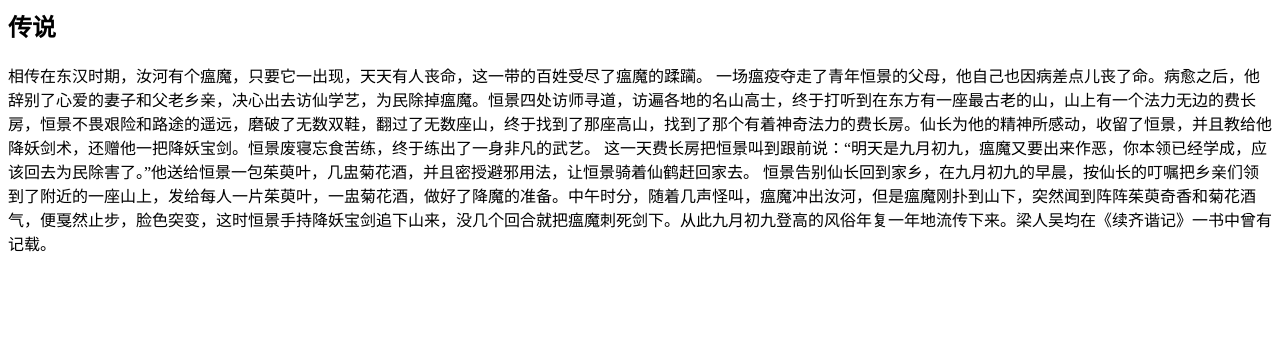
Repository: XueJie1/computer-operation-basics
Page: pages/doubleninthfes/legend.html
These files come from the project's save history. The page is drawn as it stood at one moment and after a run of saves; the edit follows.
The browser window is 1280 px wide. The pictures show the whole page.

Above is the page before, as saved 2023-09-05 17:51:52.

After the next 2 saves:
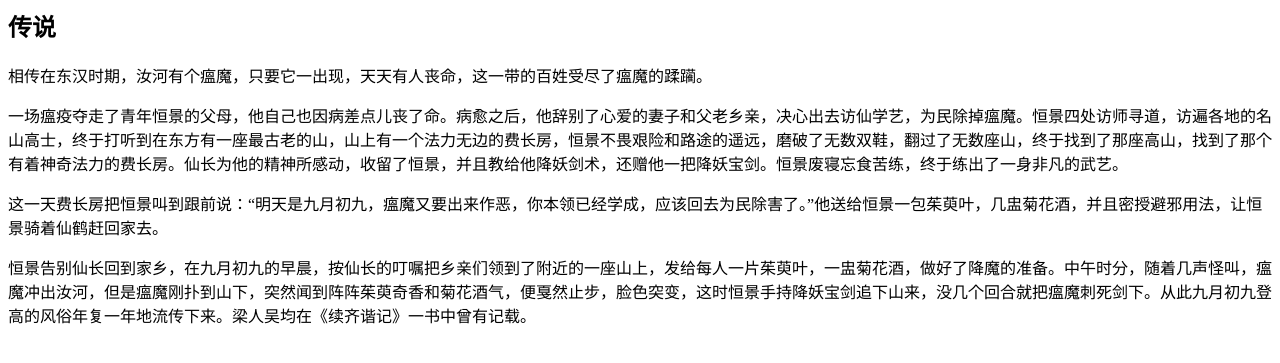
The 2 saves are shown as one change because they came seconds apart.
The last was saved 63 s later.
--- a/pages/doubleninthfes/legend.html
+++ b/pages/doubleninthfes/legend.html
@@ -1,9 +1,8 @@
 <h2>传说</h2>
 <p>相传在东汉时期，汝河有个瘟魔，只要它一出现，天天有人丧命，这一带的百姓受尽了瘟魔的蹂躏。
-
-    一场瘟疫夺走了青年恒景的父母，他自己也因病差点儿丧了命。病愈之后，他辞别了心爱的妻子和父老乡亲，决心出去访仙学艺，为民除掉瘟魔。恒景四处访师寻道，访遍各地的名山高士，终于打听到在东方有一座最古老的山，山上有一个法力无边的费长房，恒景不畏艰险和路途的遥远，磨破了无数双鞋，翻过了无数座山，终于找到了那座高山，找到了那个有着神奇法力的费长房。仙长为他的精神所感动，收留了恒景，并且教给他降妖剑术，还赠他一把降妖宝剑。恒景废寝忘食苦练，终于练出了一身非凡的武艺。
-
-    这一天费长房把恒景叫到跟前说：“明天是九月初九，瘟魔又要出来作恶，你本领已经学成，应该回去为民除害了。”他送给恒景一包茱萸叶，几盅菊花酒，并且密授避邪用法，让恒景骑着仙鹤赶回家去。
-
-    恒景告别仙长回到家乡，在九月初九的早晨，按仙长的叮嘱把乡亲们领到了附近的一座山上，发给每人一片茱萸叶，一盅菊花酒，做好了降魔的准备。中午时分，随着几声怪叫，瘟魔冲出汝河，但是瘟魔刚扑到山下，突然闻到阵阵茱萸奇香和菊花酒气，便戛然止步，脸色突变，这时恒景手持降妖宝剑追下山来，没几个回合就把瘟魔刺死剑下。从此九月初九登高的风俗年复一年地流传下来。梁人吴均在《续齐谐记》一书中曾有记载。
+<p>一场瘟疫夺走了青年恒景的父母，他自己也因病差点儿丧了命。病愈之后，他辞别了心爱的妻子和父老乡亲，决心出去访仙学艺，为民除掉瘟魔。恒景四处访师寻道，访遍各地的名山高士，终于打听到在东方有一座最古老的山，山上有一个法力无边的费长房，恒景不畏艰险和路途的遥远，磨破了无数双鞋，翻过了无数座山，终于找到了那座高山，找到了那个有着神奇法力的费长房。仙长为他的精神所感动，收留了恒景，并且教给他降妖剑术，还赠他一把降妖宝剑。恒景废寝忘食苦练，终于练出了一身非凡的武艺。
 </p>
+<p>这一天费长房把恒景叫到跟前说：“明天是九月初九，瘟魔又要出来作恶，你本领已经学成，应该回去为民除害了。”他送给恒景一包茱萸叶，几盅菊花酒，并且密授避邪用法，让恒景骑着仙鹤赶回家去。
+</p>
+<p> 恒景告别仙长回到家乡，在九月初九的早晨，按仙长的叮嘱把乡亲们领到了附近的一座山上，发给每人一片茱萸叶，一盅菊花酒，做好了降魔的准备。中午时分，随着几声怪叫，瘟魔冲出汝河，但是瘟魔刚扑到山下，突然闻到阵阵茱萸奇香和菊花酒气，便戛然止步，脸色突变，这时恒景手持降妖宝剑追下山来，没几个回合就把瘟魔刺死剑下。从此九月初九登高的风俗年复一年地流传下来。梁人吴均在《续齐谐记》一书中曾有记载。
+</p>
